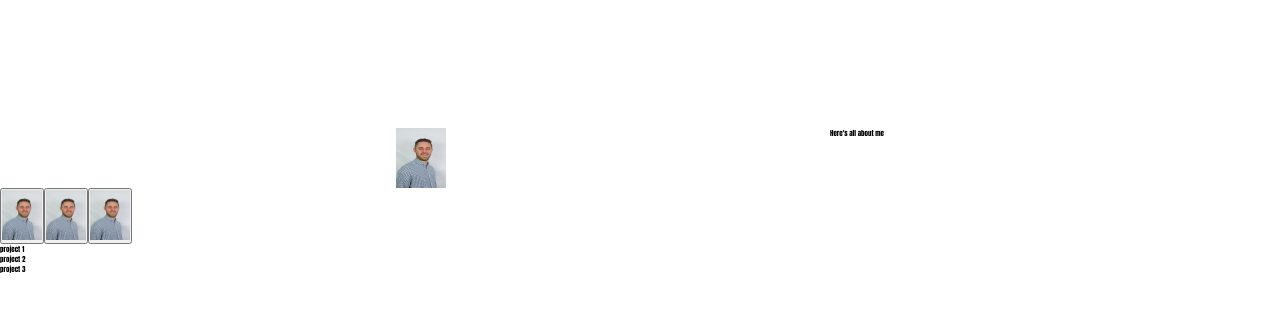
Repository: Kobramall/portfolio-project
Page: /portfolio
An editor plug-in stored every save of this project. The page is shown before and after the next save, followed by the edit.
The browser window is 1280 px wide. The pictures show the whole page.
The project was rebuilt for these pictures with package versions that can differ from the ones it lists, and the page was loaded fresh each time. Also part of the build but not shown: src/App.css, src/componets/Main.jsx. Imported but missing from the stored project, and not drawn on this page: src/assets/Landscape.mov.

Above is the page before, as saved 2022-11-01 15:20:28.

After the next save:
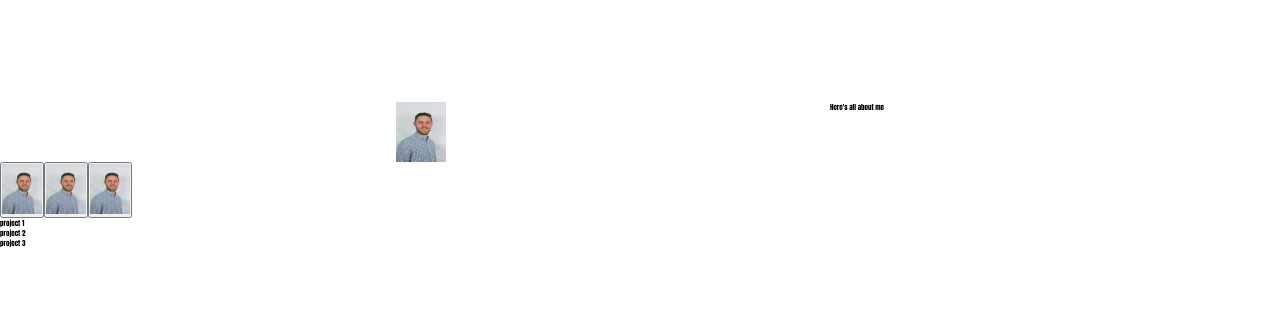
Saved 6 s later.
--- a/src/index.css
+++ b/src/index.css
@@ -49,7 +49,7 @@ video{
 }
 
 .intro{
-  margin-top: 10%;
+  margin-top: 8%;
   display: flex;
   justify-content: center;
 }
